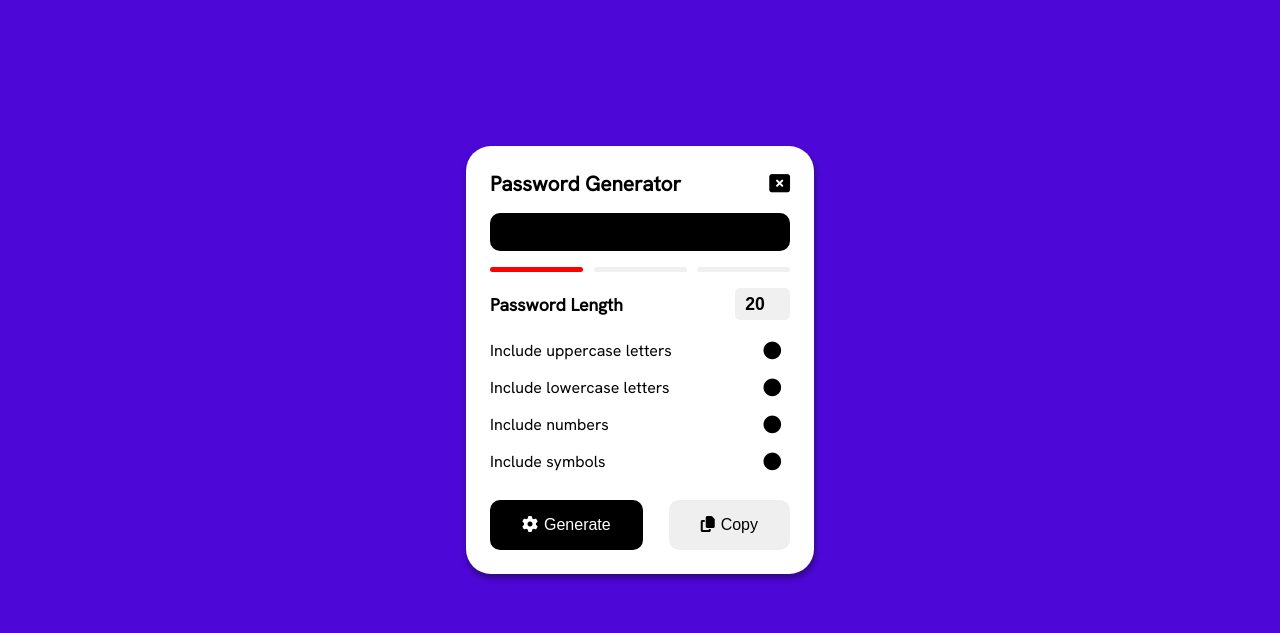
Repository: emiliaiwu/password_generator
Page: index.html
An editor plug-in stored every save of this project. The page is shown before and after a run of saves, followed by the edit.
The browser window is 1280 px wide. The pictures show the whole page.
Some web libraries are served in a nearby version.

Above is the page before, as saved 2022-12-17 21:14:04.
Console error: TypeError: Cannot read properties of null (reading 'addEventListener')

### index.html
<!DOCTYPE html>
<html lang="en">
<head>
    <meta charset="UTF-8">
    <meta http-equiv="X-UA-Compatible" content="IE=edge">
    <meta name="viewport" content="width=device-width, initial-scale=1.0">
    <link rel="stylesheet" href="style.css">
    <script src="https://kit.fontawesome.com/fd9c36575f.js" crossorigin="anonymous"></script>
    <title>Password Generator</title>
</head>
<body>
    <div class="container">
        <div class="title">
            <h2>Password Generator</h2>
            <i class="fa-solid fa-rectangle-xmark clear"></i>
        </div>

        <div class="display_password">
            <p class="result"></p>
            <!-- <span class="hide">
                <i class="fa-solid fa-eye hidebtn fa-eye-slash"></i>
                 <i class="fa-solid fa-eye-slash"></i> -->
            <!-- </span> -->
        </div>
        <div class="strength">
            <span class="weak"></span>
            <span class="medium"></span>
            <span class="strong"></span>
        </div>

        <div class="password_attributes">
            <div class="password_length">
                <label>Password Length</label>
                <input type="number" id="length" min="1" max="25" value="20">
            </div>
            <div class="password_includes">
                <ul>
                    <li class="list">
                        <label for="uppercase" id="uppercase_letters">Include uppercase letters
                            <input type="checkbox" name="uppercase" id="uppercase" class="uppercase" >
                            <i class="fa-solid fa-circle"></i>
                            <i class="fa-solid fa-circle-check"></i>
                        </label>
                    </li>
                    <li class="list">
                        <label for="lowercase" id="lowercase_letters">Include lowercase letters
                            <input type="checkbox" name="lowercase" id="lowercase" class="lowercase" >
                            <i class="fa-solid fa-circle"></i>
                            <i class="fa-solid fa-circle-check"></i>
                        </label>
                    </li>
                    <li class="list">
                        <label for="numbers" id="include_numbers">Include numbers
                            <input type="checkbox" name="numbers" id="numbers" class="numbers" >
                            <i class="fa-solid fa-circle"></i>
                            <i class="fa-solid fa-circle-check"></i>
                        </label>

                    </li>
                    <li class="list">
                        <label for="symbols" id="include_symbols">Include symbols
                             <input type="checkbox" name="symbols" id="symbols" class="symbols">
                            <i class="fa-solid fa-circle"></i>
                            <i class="fa-solid fa-circle-check"></i>
                        </label>

                    </li>
                </ul>
            </div>
        </div>

        <div class="cta">
            <button class="btn generate"><i class="fa-solid fa-gear"></i>Generate</button>
            <button class="btn copy"><i class="fa-solid fa-copy"></i>Copy</button>
        </div>
    </div>
<script src="script.js"></script>
</body>
</html>

### style.css
@import url('https://fonts.googleapis.com/css2?family=Hanken+Grotesk:wght@300;400&display=swap');


* {
    margin: 0;
    padding: 0;
    box-sizing: border-box;
    list-style-type: none;
}


:root {
    --BG-COLOR: #fff;
    --BG-COLOR2: #000000;
    --BG-COLOR3: #4d08d8;
    --FONT-COLOR: #000;
    --FONT-COLOR2: #FFF;
}


body {
    width: 100vw;
    height: 100vh;
    font-family: 'Hanken Grotesk', sans-serif;
    display: flex;
    align-items: center;
    justify-content: center;
    color: var(--FONT-COLOR);
    background-color: var(--BG-COLOR3);

}

.container {
    background-color: var(--BG-COLOR);
    display: flex;
    flex-direction: column;
    align-items: left;
    justify-content: space-between;
    gap: 1rem;
    padding: 1.5rem;
    border-radius: 25px;
    box-shadow: 1px 4px 5px 1px rgba(5, 5, 5, 0.35);
    -webkit-box-shadow: 1px 4px 5px 1px rgba(9, 9, 9, 0.35);

}


/* FONT */
h2 {
   font-size: 1.3rem;
   font-family: inherit;
}




/* FLEX */
.title,
label,
.password_length,
.cta,
.strength {
    display: flex;
    align-items: center;
    justify-content: space-between;
}

/* CLEAR BUTTON */
.fa-rectangle-xmark {
    font-size: 1.3rem;
    cursor: pointer;
}



/* DISPLAY PASSWORD */

.display_password {
    padding: 1.2rem 1.4rem;
    width: 300px;
    border-radius: 10px;
    background: var(--BG-COLOR2);
    color: var(--FONT-COLOR2);
    overflow: hidden;
    text-align: center;

}

.result {
    font-size: 1rem;
    /* padding-left: .8rem; */
    word-wrap: break-word;
    text-align: center;
}


/* Strength */
.strength {
    width: 100%;
}

.strength span {
    width: 31%;
    height: 5px;
    background-color: #f0f0f0;
    border-radius: 10px;
}

.strength .weak {
    background-color: red;
}




/* PASSWORD LENGTH */
.password_length {
    margin-bottom: 1rem;
}


.password_length label {
    font-size: 1.1rem;
    font-weight: 600;
    font-family: inherit;
}

.password_length input[type="number"] {
    width: 55px;
    padding: .4rem .4rem .3rem .4rem;
    font-size: 1.1rem;
    border: 2px solid var(--FONT-COLOR);
    border-radius: 5px;
    border: none;
    font-weight: 600;
    color: var(--FONT-COLOR);
    background-color: #f0f0f0;
    text-align: center;
}

.password_length input[type="number"]:focus {
    outline: none;
    background-color: #f0f0f0;
    transition: background-color 0.15s ease;
}



/* LIST ATTRIBUTES */
.list {
    margin-top: .5rem;
}

.list input[type="checkbox"] {
    padding: 1rem;
}

/* Hide the checkbox */
.list input {
    opacity: 0;
    cursor: pointer;
    margin: .5rem;
}

label {
     position: relative;
}

.list .fa-solid {
    position: absolute;
    top: 50%;
    right: 0;
    transform: translate(-50%, -50%);
    color: var(--BG-COLOR2);
    font-size: 1.1rem;
    cursor: pointer;
}

.fa-circle-check{
    opacity: 0;
}

/* CHECKED */
.list input:checked ~ .fa-circle-check {
    opacity: 1;
    transition: opacity .2s ease;
}

.list input:checked ~ .fa-circle {
    opacity: 0;
     transition: opacity .2s ease;
}


/* BUTTON */
.btn {
    margin-top: .5rem;
    padding: 1rem 2rem;
    font-size: 1rem;
    border: none;
    border-radius: 10px;
    cursor: pointer;

}

.generate {
    background-color: var(--BG-COLOR2);
    color: var(--FONT-COLOR2);
}

.generate:hover i{
    transform: rotate(180deg);
    transition: transform .4s ease;
}

.generate:focus {
    background-color: #38079c;
    outline: none;
}

.copy:focus {
    outline: none;
}

.btn .fa-solid {
    margin-right: 6px;
}

### script.js
'use strict';

// Select Elements
const clear = document.querySelector('.clear');
const resultEl = document.querySelector('.result');
const lengthEl = document.getElementById('length');
const uppercaseEl = document.getElementById('uppercase');
const lowercaseEl = document.getElementById('lowercase');
const numbersEl = document.getElementById('numbers');
const symbolsEl = document.getElementById('symbols');
const generateBtn = document.querySelector('.generate');
const copyBtn = document.querySelector('.copy');
const hide = document.querySelector('.hide');
const inputLength = document.querySelector('input[type=number]');




// HIDE THE PASSWORD
hide.addEventListener('click', () => {
	const hidebtn = document.querySelector('.hidebtn');
	hidebtn.classList.toggle('fa-eye');

	if (!hidebtn.classList.contains('fa-eye')) {

	}
});



// MIN AND MAX FUNCTIONALITY
const inputLimit = () => {
	inputLength.addEventListener('focus', (e) => {
		inputLength.style.backgroundColor = '#f0f0f0';
	})

	let min = +lengthEl.min;
	let max = +lengthEl.max;
	let length = +lengthEl.value;

	if (length <= max && length >= min) {
		length = +lengthEl.value;
		inputLength.style.backgroundColor = '#f0f0f0';
	} else {
		inputLength.style.backgroundColor = 'red';
		lengthEl.value = ' ';
	}
};


// Add EventListener to Generate
// generateBtn.addEventListener('click', () => {
// 	inputLimit();
// 	let length = +lengthEl.value;
// 	const hasUppercase = uppercaseEl.checked;
// 	const hasLowercase = lowercaseEl.checked;
// 	const hasNumbers = numbersEl.checked;
// 	const hasSymbols = symbolsEl.checked;

// 	const options = {
// 		length,
// 		hasUppercase,
// 		hasLowercase,
// 		hasNumbers,
// 		hasSymbols,
// 	};

// 	resultEl.textContent = generatePassword(options);

// });



// TRAVERSY MEDIA
const passwordGenerator1 = () => {
	//Generate Randoms Functions
	const getRandomUppercase = () => {
		return String.fromCharCode(Math.floor(Math.random() * 26) + 65);
	};

	const getRandomLowercase = () => {
		return String.fromCharCode(Math.floor(Math.random() * 26) + 97);
	};

	const getRandomNumbers = () => {
		return String.fromCharCode(Math.floor(Math.random() * 10) + 48);
	};

	const getRandomSymbols = () => {
		const symbols = '~!@#$%^&*()_-+={}[]|;:<>.,/?';
		return symbols[Math.floor(Math.random() * symbols.length)];
	};

	// Give Functions a Key
	const randomFunctions = {
		hasUppercase: getRandomUppercase,
		hasLowercase: getRandomLowercase,
		hasNumbers: getRandomNumbers,
		hasSymbols: getRandomSymbols,
	};

	// Add EventListener to Generate Button
	generateBtn.addEventListener('click', () => {
		inputLimit();
		const length = +lengthEl.value;
		const hasUppercase = uppercaseEl.checked;
		const hasLowercase = lowercaseEl.checked;
		const hasNumbers = numbersEl.checked;
		const hasSymbols = symbolsEl.checked;

		resultEl.textContent = generatePassword(length, hasUppercase,
			hasLowercase, hasNumbers, hasSymbols);
	});



	const generatePassword = (
		length,
		hasUppercase,
		hasLowercase,
		hasNumbers,
		hasSymbols
	) => {
		let generatedPassword = '';
		const selectedChar =
			hasUppercase +
			hasLowercase +
			hasNumbers +
			hasSymbols;

		if (selectedChar === 0) return '';

		const charArray = [{ hasUppercase }, { hasNumbers },
		{ hasSymbols }, { hasLowercase }].filter((char) =>
			Object.values(char)[0]);

		for (let i = 0; i < length; i += selectedChar){
			charArray.forEach((char) => {
				const functionName = Object.keys(char)[0];
				generatedPassword += randomFunctions[functionName]();
			})
		}

		const password = generatedPassword.slice(0, length);
		return password;

	};
};

passwordGenerator1();

























const passwordGenerator2 = () => {
	// Variables
	const characterCodes = Array.from(Array(26)).map((_, i) => i + 65);
	const uppercase = characterCodes.map(code => String.fromCharCode(code));
	const lowercase = uppercase.map(letter => letter.toLowerCase());
	const numbers = ['0', '1', '2', '3', '4', '5', '6', '7', '8', '9'];
	const symbolStr = '~!@#$%^&*()_-+={}[]|;:<>.,/?';
	const symbols = symbolStr.split('');
}







// PASSWORD GENERATOR
const passwordGenerator3 = () => {
	function generatePassword() {
		// Set up variables for the password
		const passwordLength = 12; // Length of the password
		const useLowercase = true; // Use lowercase letters
		const useUppercase = true; // Use uppercase letters
		const useNumbers = true; // Use numbers
		const useSymbols = true; // Use symbols

		// Set up the characters that can be used in the password
		let possibleCharacters = '';
		if (useLowercase) {
			possibleCharacters += 'abcdefghijklmnopqrstuvwxyz';
		}
		if (useUppercase) {
			possibleCharacters += 'ABCDEFGHIJKLMNOPQRSTUVWXYZ';
		}
		if (useNumbers) {
			possibleCharacters += '0123456789';
		}
		if (useSymbols) {
			possibleCharacters += '!@#$%^&*()_+-=[]{}|;\':"<>,./?';
		}

		// Generate the password
		let password = '';
		for (let i = 0; i < passwordLength; i++) {
			password += possibleCharacters.charAt(
				Math.floor(Math.random() * possibleCharacters.length)
			);
		}

		return password;
	}

}

After the next 3 saves:
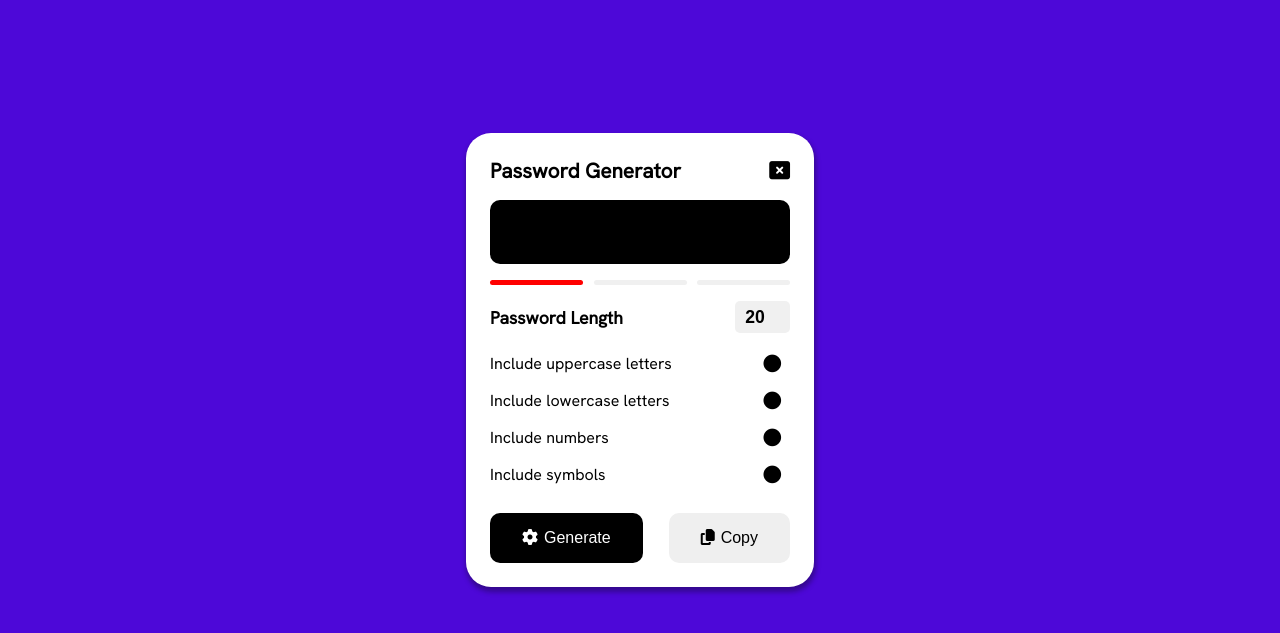
The 3 saves are shown as one change because they came seconds apart.
The last was saved 9 s later.
--- a/style.css
+++ b/style.css
@@ -76,7 +76,7 @@
 /* DISPLAY PASSWORD */
 
 .display_password {
-    padding: 1.2rem 1.4rem;
+    padding: 2rem 1.4rem;
     width: 300px;
     border-radius: 10px;
     background: var(--BG-COLOR2);

After the 5 saves that followed:
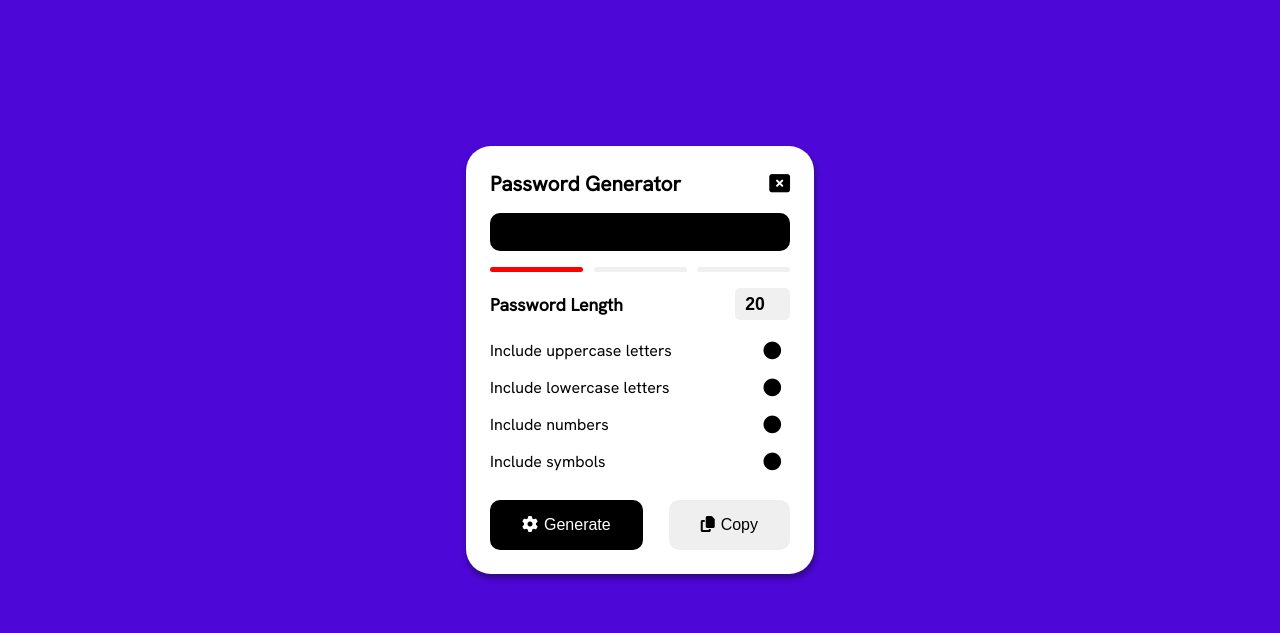
The error is gone.
The 5 saves are shown as one change because 2 left the picture as it was and some came seconds apart.
The last was saved 51 s later.
--- a/style.css
+++ b/style.css
@@ -76,7 +76,7 @@
 /* DISPLAY PASSWORD */
 
 .display_password {
-    padding: 2rem 1.4rem;
+    padding: 1.2rem 1.4rem;
     width: 300px;
     border-radius: 10px;
     background: var(--BG-COLOR2);
--- a/script.js
+++ b/script.js
@@ -12,19 +12,6 @@ const generateBtn = document.querySelector('.generate');
 const copyBtn = document.querySelector('.copy');
 const hide = document.querySelector('.hide');
 const inputLength = document.querySelector('input[type=number]');
-
-
-
-
-// HIDE THE PASSWORD
-hide.addEventListener('click', () => {
-	const hidebtn = document.querySelector('.hidebtn');
-	hidebtn.classList.toggle('fa-eye');
-
-	if (!hidebtn.classList.contains('fa-eye')) {
-
-	}
-});
 
 
 
